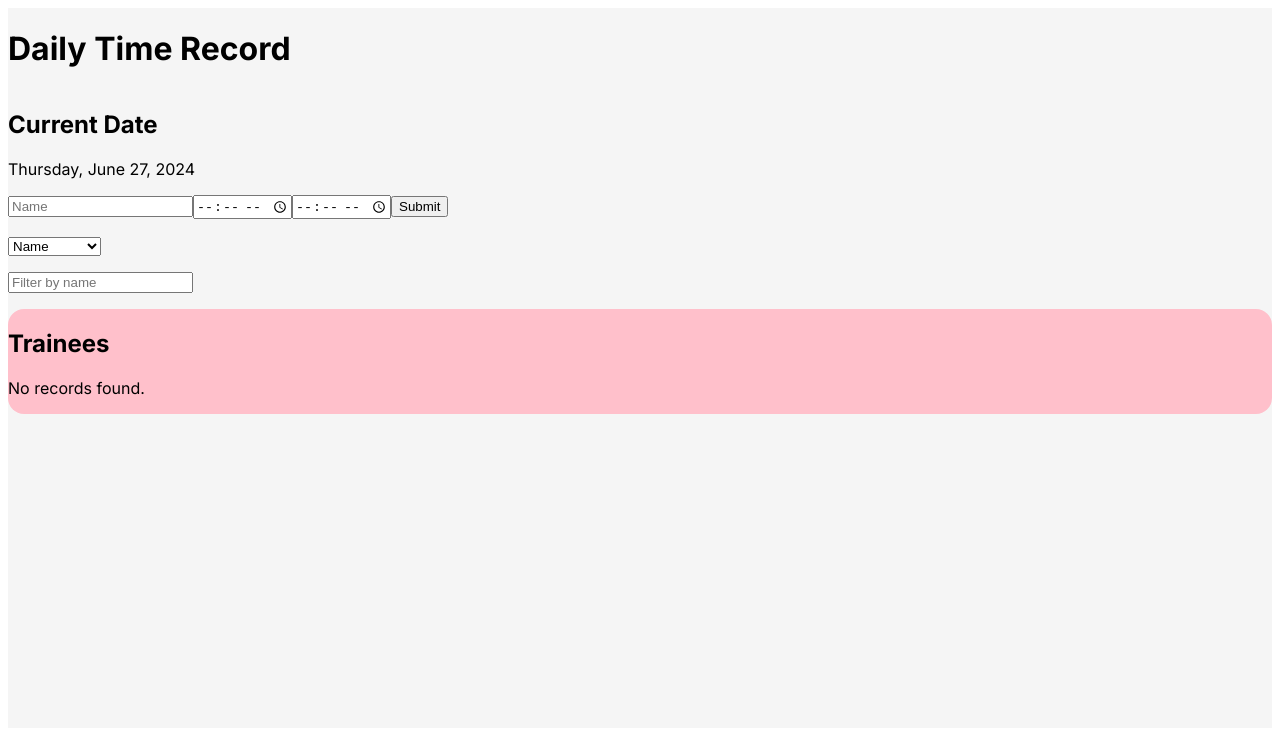
Repository: EeeeeEyyyy/daily_time_record
Page: /
The author's editor kept a copy of each file at every save. The page is drawn from the files as they stood at one save, then again after the next save.
The browser window is 1280 px wide. The pictures show the whole page.
The project was rebuilt for these pictures with package versions that can differ from the ones it lists, and the page was loaded fresh each time. The framework's server and built-in components were replaced by stand-ins that run in the browser. Also part of the build but not shown: next.config.mjs, src/app/globals.css.

Above is the page before, as saved 2024-06-27 15:02:02.

After the next save:
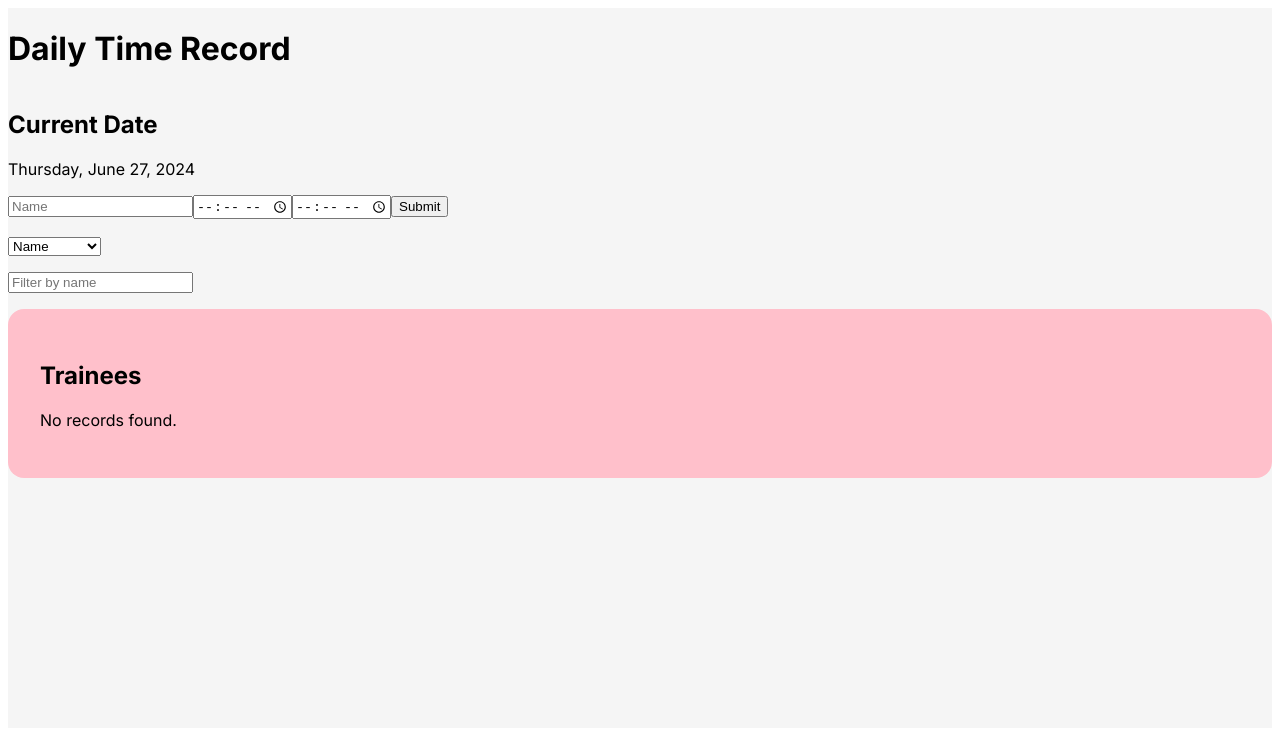
Saved 93 s later.
--- a/src/app/page.module.css
+++ b/src/app/page.module.css
@@ -7,6 +7,7 @@
 .trainees_m{
 border-radius:1rem;
 background:pink;
+padding:2rem;
 }
 .trainees{
     display: flex;
